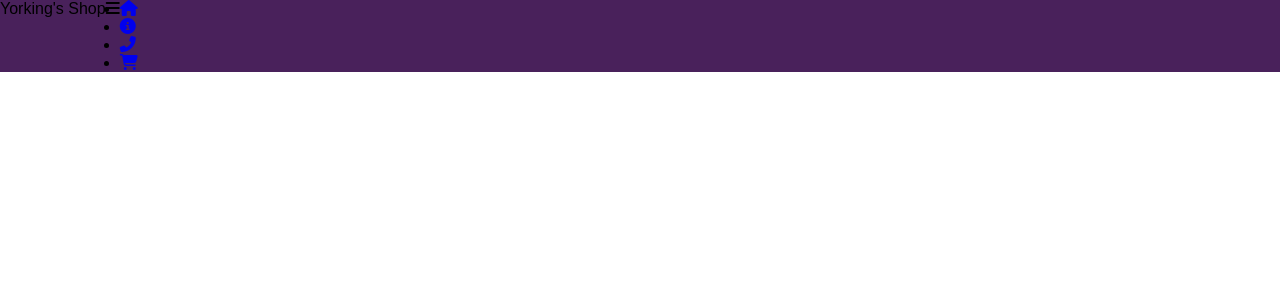
Repository: yorkings/eccomerce-website-in-js
Page: index.html
These files come from the project's save history. The page is drawn as it stood at one moment and after a run of saves; the edit follows.
The browser window is 1280 px wide. The pictures show the whole page.
Some web libraries are served in a nearby version.

Above is the page before, as saved 2025-05-24 10:52:23.

After the next 8 saves:
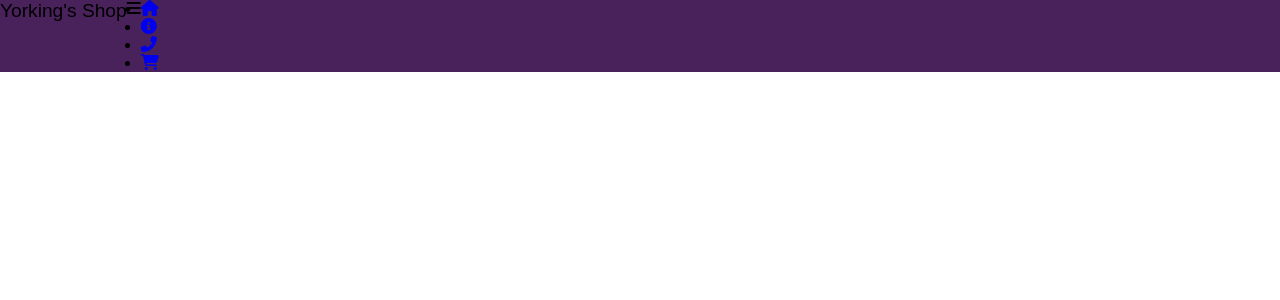
The 8 saves are shown as one change because they came seconds apart.
The last was saved 20 s later.
--- a/style.css
+++ b/style.css
@@ -9,7 +9,9 @@
     background-color: rgba(49, 4, 70, 0.884);
     display: flex;
 }
-
+.logo{
+    font-size: 1.2rem;
+}
 
 @media  (max-width:768px)  {
 

After the 2 saves that followed:
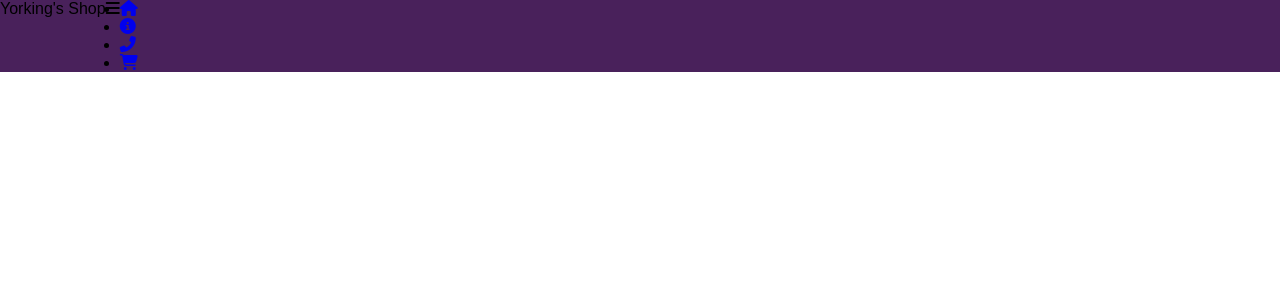
The 2 saves are shown as one change because they came seconds apart.
The last was saved 17 s later.
--- a/style.css
+++ b/style.css
@@ -10,7 +10,7 @@
     display: flex;
 }
 .logo{
-    font-size: 1.2rem;
+    font:
 }
 
 @media  (max-width:768px)  {
